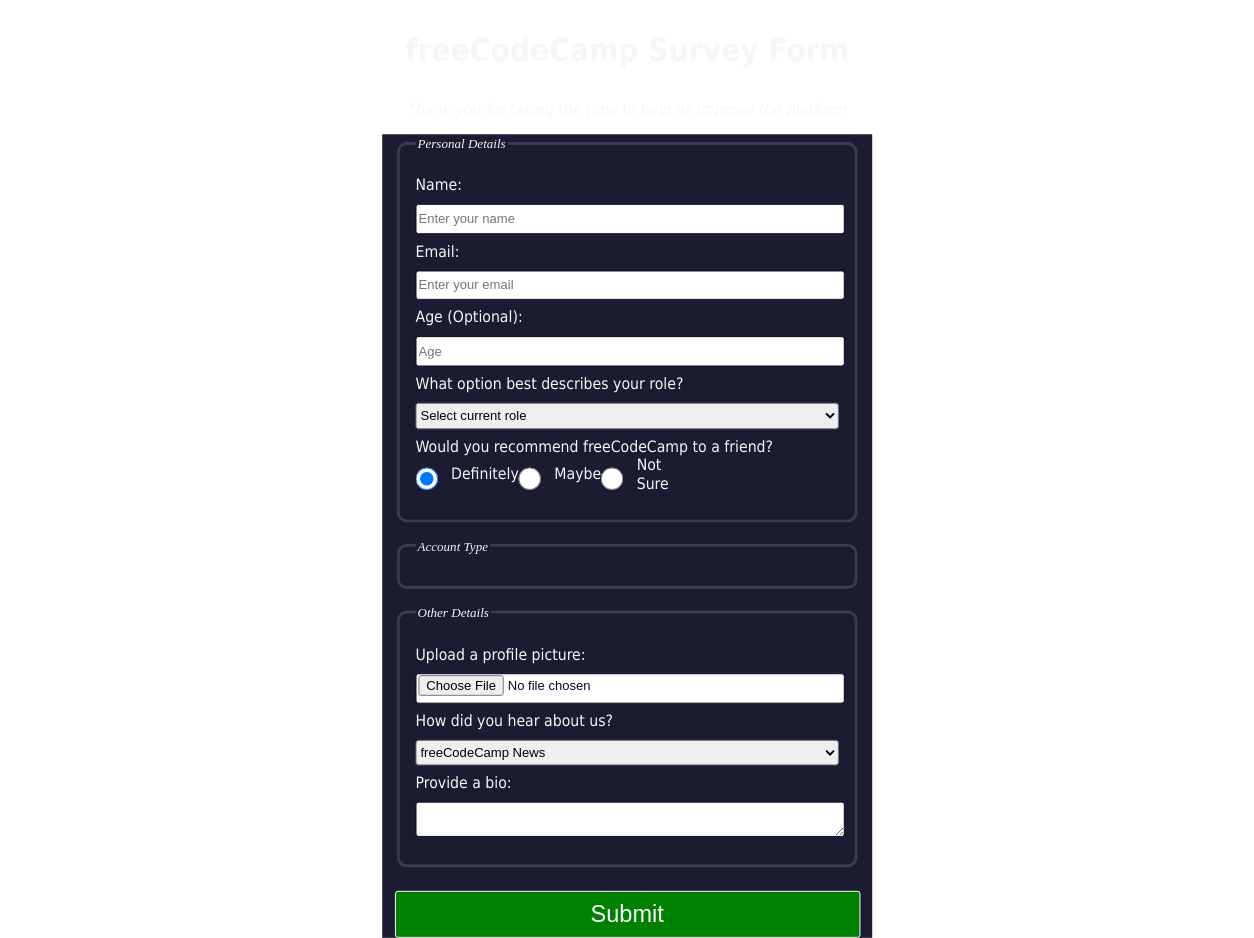
Repository: Lungdjos/survey_form_certification
Page: index.html
An editor plug-in stored every save of this project. The page is shown before and after the next save, followed by the edit.
The browser window is 1280 px wide. The pictures show the whole page, at 98% of full size.

Above is the page before, as saved 2023-09-30 03:55:36.

After the next save:
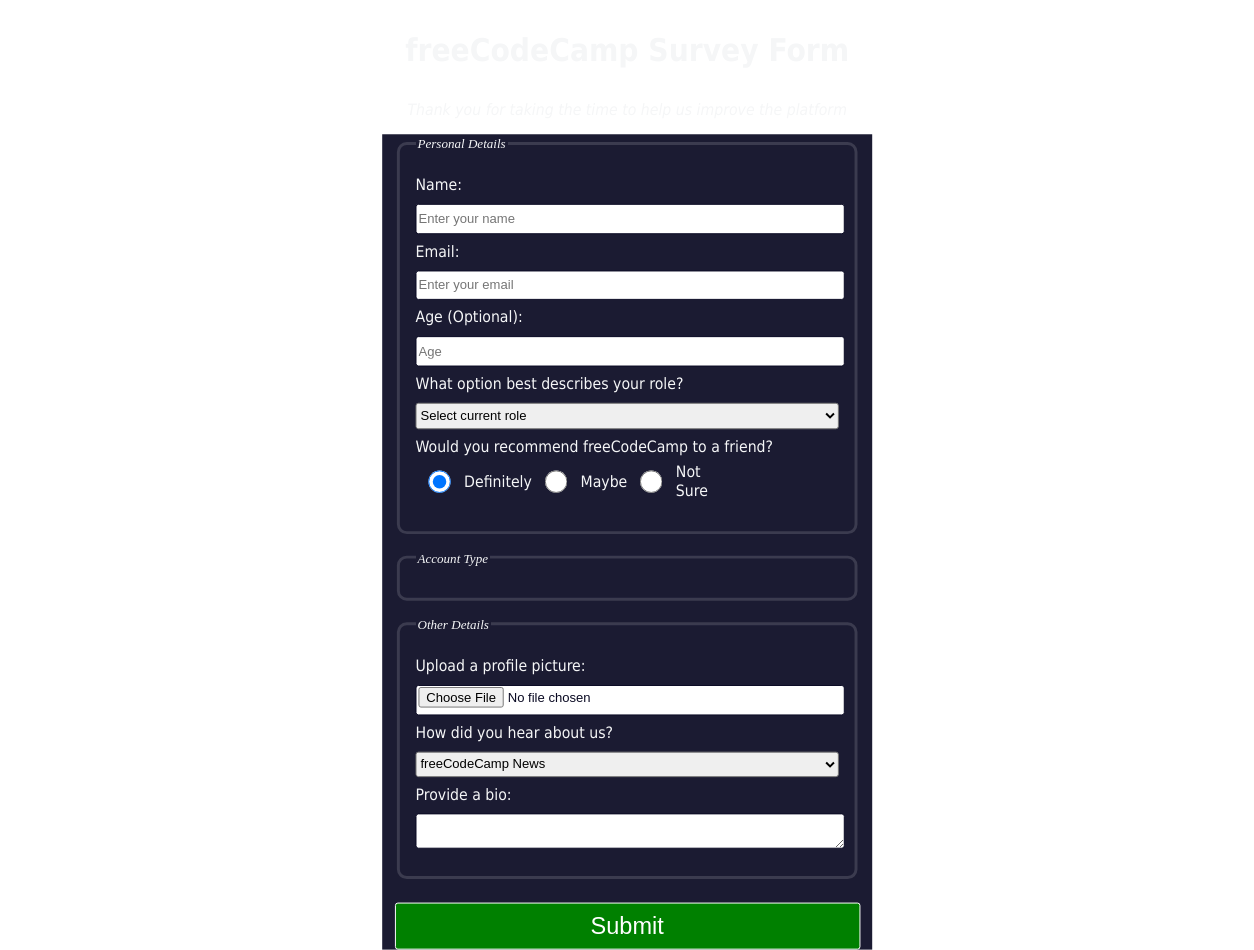
Saved 9 s later.
--- a/styles.css
+++ b/styles.css
@@ -107,7 +107,7 @@
 /* Style the radio buttons */
 
 input[type="radio"] {
-    margin-right: 1em;
+    margin: 1em;
 }
 
 legend {
